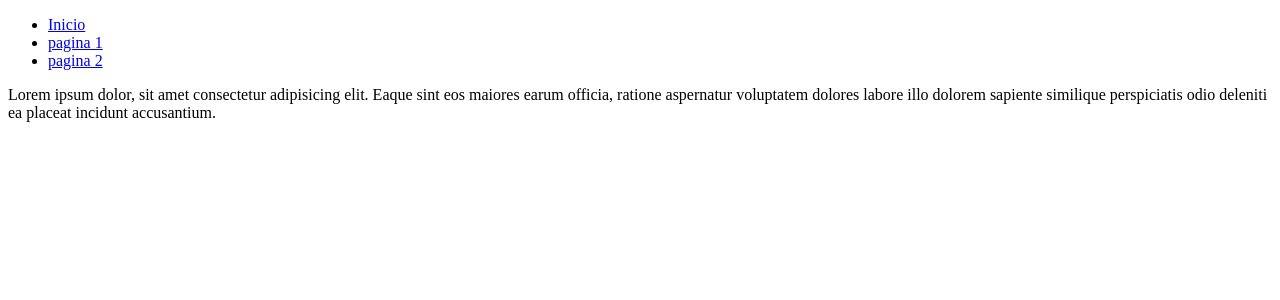
Repository: LadyJohana20/clases
Page: Clase-04-saas/index.html
The author's editor kept a copy of each file at every save. The page is drawn from the files as they stood at one save, then again after the next save.
The browser window is 1280 px wide. The pictures show the whole page.

Above is the page before, as saved 2026-01-23 19:25:32.

After the next save:
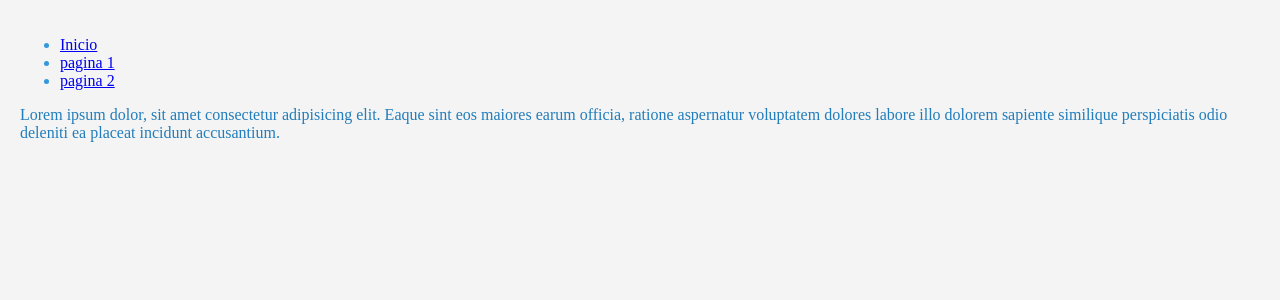
Saved 84 s later.
--- a/Clase-04-saas/index.html
+++ b/Clase-04-saas/index.html
@@ -4,6 +4,7 @@
     <meta charset="UTF-8">
     <meta name="viewport" content="width=device-width, initial-scale=1.0">
     <title>Navegacion</title>
+    <link rel="stylesheet" href="./css/index.css">
 </head>
 <body>
 
